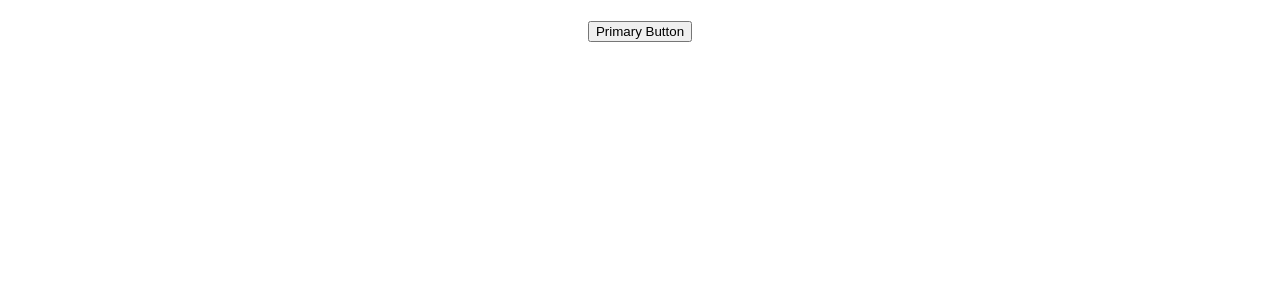
Repository: tiendungjr123/Todo-App
Page: /
These files come from the project's save history. The page is drawn as it stood at one moment and after the next save; the edit follows.
The browser window is 1280 px wide. The pictures show the whole page.
The project was rebuilt for these pictures with package versions that can differ from the ones it lists, and the page was loaded fresh each time.

Above is the page before, as saved 2022-09-22 09:35:00.

### src/index.css
body {
  margin: 0;
  font-family: -apple-system, BlinkMacSystemFont, 'Segoe UI', 'Roboto', 'Oxygen',
    'Ubuntu', 'Cantarell', 'Fira Sans', 'Droid Sans', 'Helvetica Neue',
    sans-serif;
  display: flex;
  justify-content: center;
  align-items: center;
  padding: 20px;
}

code {
  font-family: source-code-pro, Menlo, Monaco, Consolas, 'Courier New',
    monospace;
}

### src/App.js
import TodoList from "./component/TodoList";

function App() {
  return (
    <>
      <TodoList/>
    </>
  );
}

export default App;

### src/component/TodoList.jsx
import React from "react";
import { Button, Radio } from "antd";
export default function TodoList() {
  return (
    <div>
      <Button type="primary">Primary Button</Button>
    </div>
  );
}

Loaded but not shown: public/index.html (common file); src/index.js (common file)

After the next save:
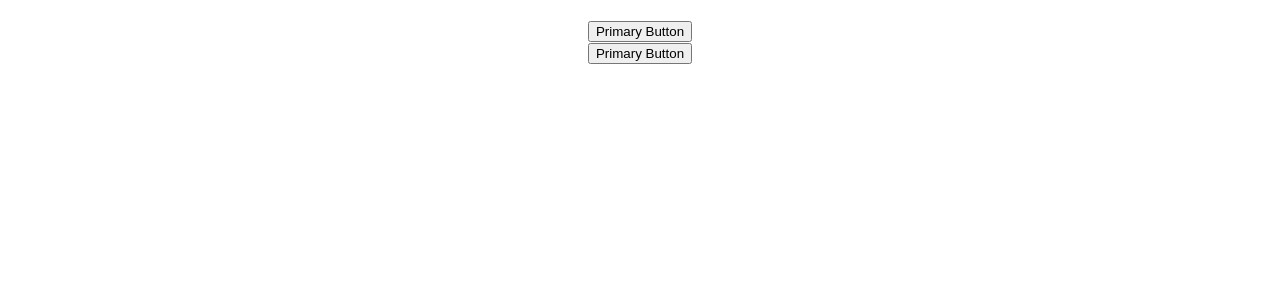
Saved 27 s later.
--- a/src/App.js
+++ b/src/App.js
@@ -1,9 +1,11 @@
 import TodoList from "./component/TodoList";
+import { Button } from "antd";
 
 function App() {
   return (
     <>
       <TodoList/>
+      <Button type="primary">Primary Button</Button>
     </>
   );
 }
